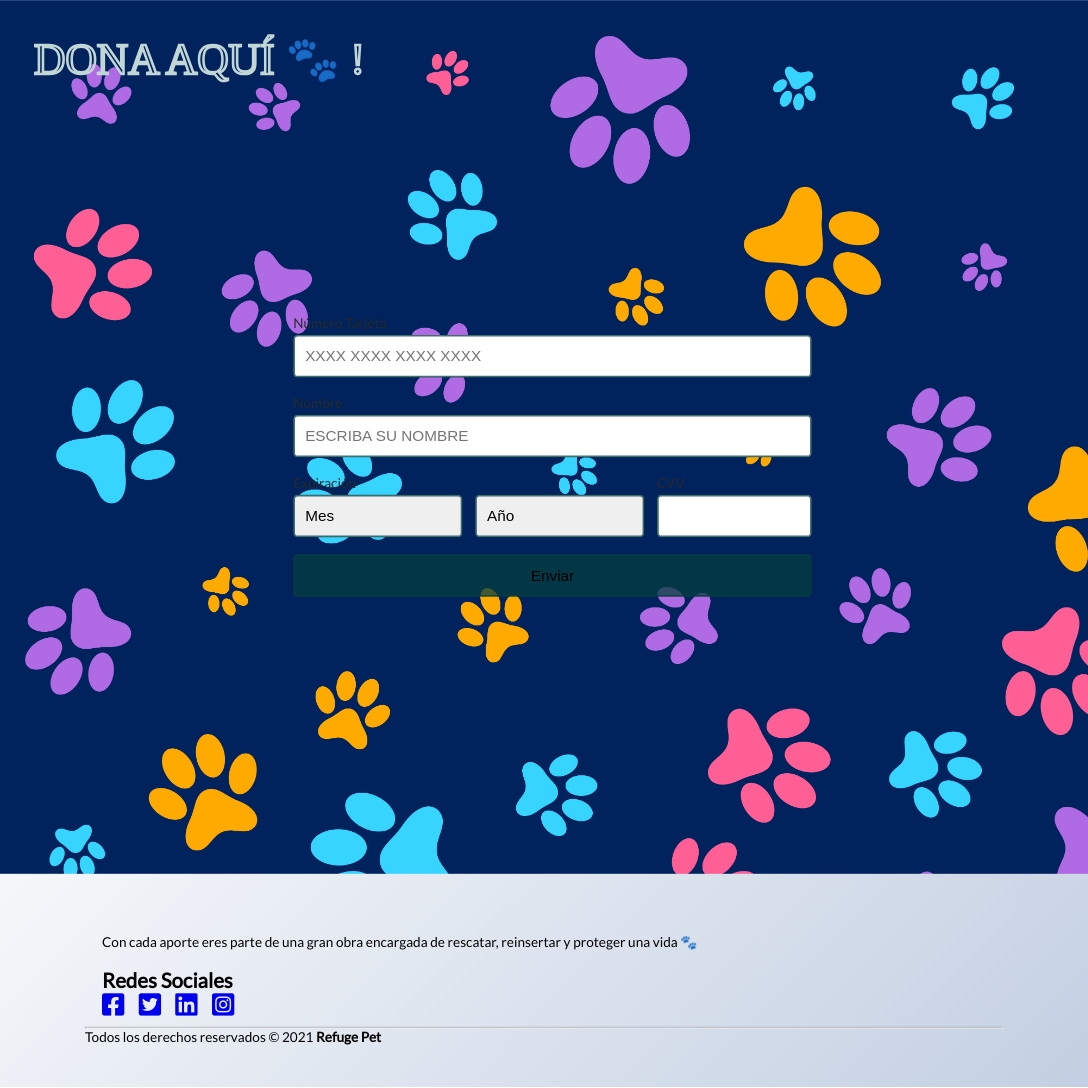
Repository: andreasvidal/SCL019-card-validation
Page: src/views/cardvalidation.html
The author's editor kept a copy of each file at every save. The page is drawn from the files as they stood at one save, then again after the next save.
The browser window is 1280 px wide. The pictures show the whole page, at 85% of full size.
Some web fonts or font styles are not loaded; a fallback is used. Some web libraries are served in a nearby version.

Above is the page before, as saved 2022-04-13 09:37:49.

After the next save:
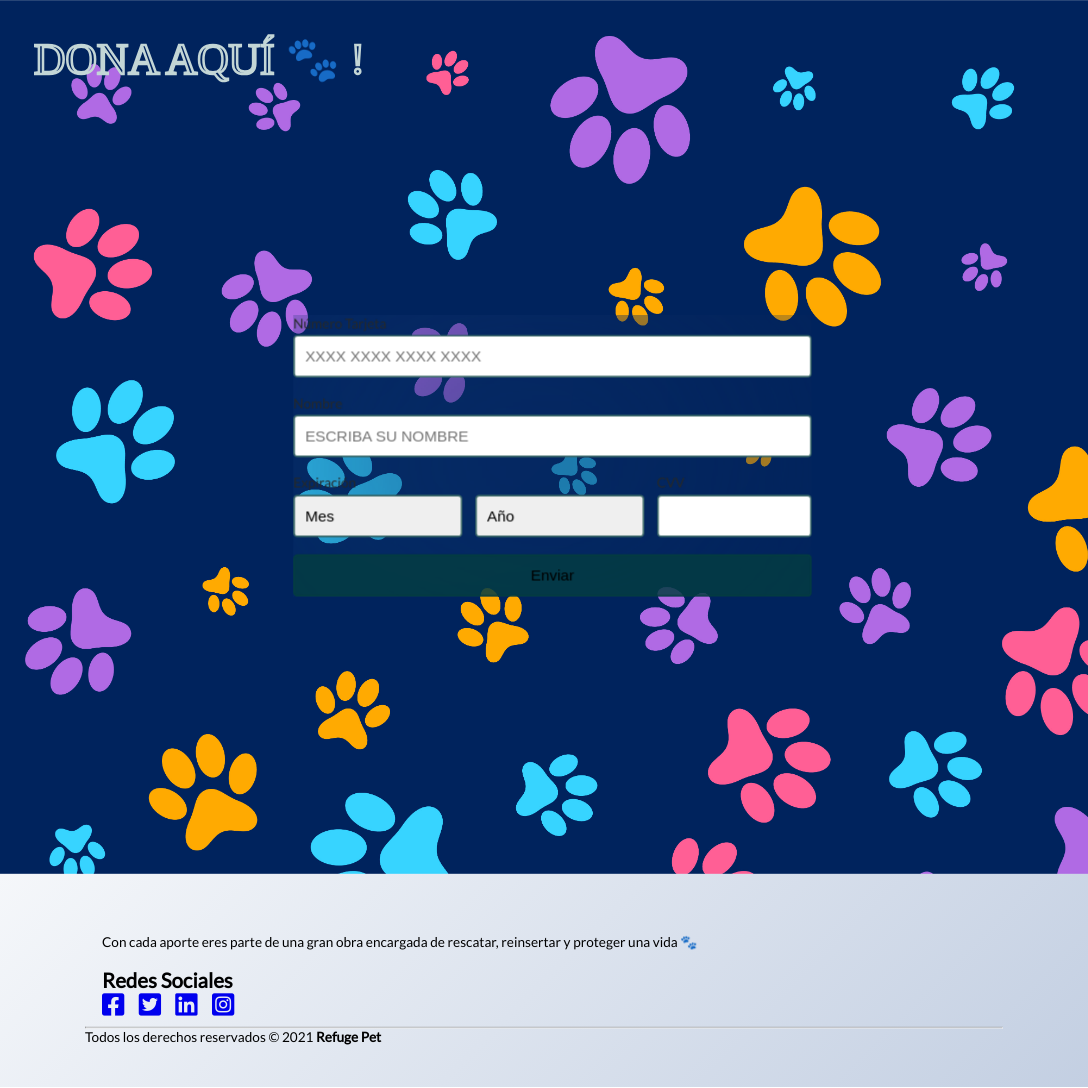
Saved 96 s later.
--- a/src/views/cardvalidation.html
+++ b/src/views/cardvalidation.html
@@ -22,9 +22,9 @@
 <body>
     <div class="subtitle">
         <p class="subtitle">DONA AQUÍ 🐾 !</p>
-    </div class="bg-blur">
+    </div>
     <form id="formValidation" class="form-validation">
-        <div>
+        <div class="bg-blur">
             <div class="data-card" id="dataForm">
                 <label for="inputNumber">Número Tarjeta</label>
                 <input type="text" id="inputNumber" name="number" maxlength="16" autocomplete="off" pattern="[0-9]+" placeholder="XXXX XXXX XXXX XXXX" required />
